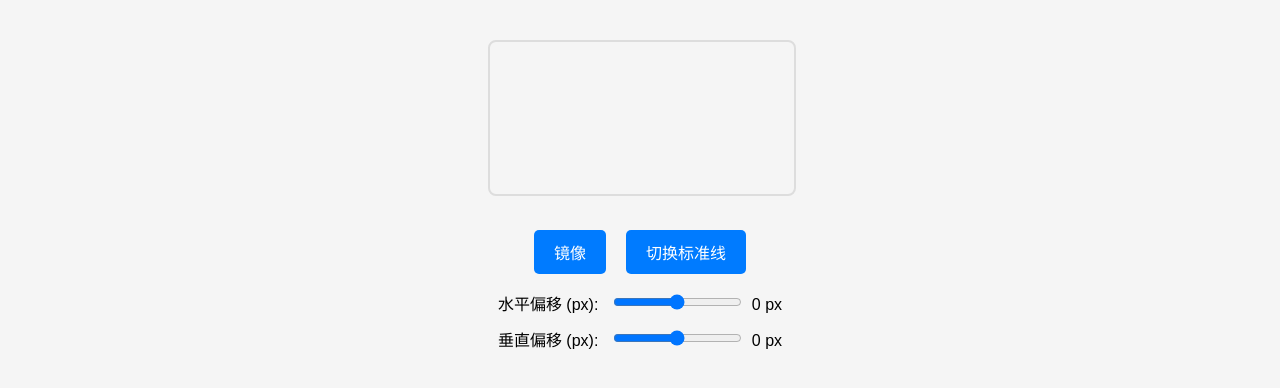
Repository: shasha333333/mirrorOnVue
Page: /
An editor plug-in stored every save of this project. The page is shown before and after the next save, followed by the edit.
The browser window is 1280 px wide. The pictures show the whole page.
The page's requests for data from a server got no answer. The project was rebuilt for these pictures with package versions that can differ from the ones it lists, and the page was loaded fresh each time. No one was signed in, and anything a server would have sent is missing. Also part of the build but not shown: vue.config.js.

Above is the page before, as saved 2024-11-18 21:50:20.

After the next save:
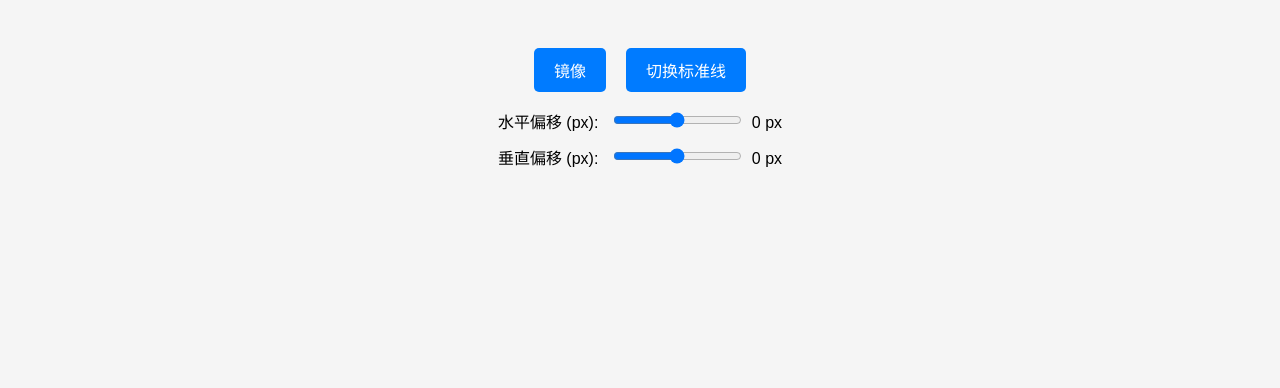
Saved 49 s later.
--- a/src/components/CameraApp.vue
+++ b/src/components/CameraApp.vue
@@ -1,13 +1,13 @@
 <template>
   <div class="camera-app" id="camera-app">
     <div class="camera-container">
-      <video
+      <!-- <video
         ref="video"
         :class="{ mirrored: isMirrored }"
         autoplay
         width="100%"
         height="auto"
-      ></video>
+      ></video> -->
       <!-- Canvas 用于绘制标准线 -->
       <canvas ref="canvas" class="overlay"></canvas>
     </div>

After the save that followed:
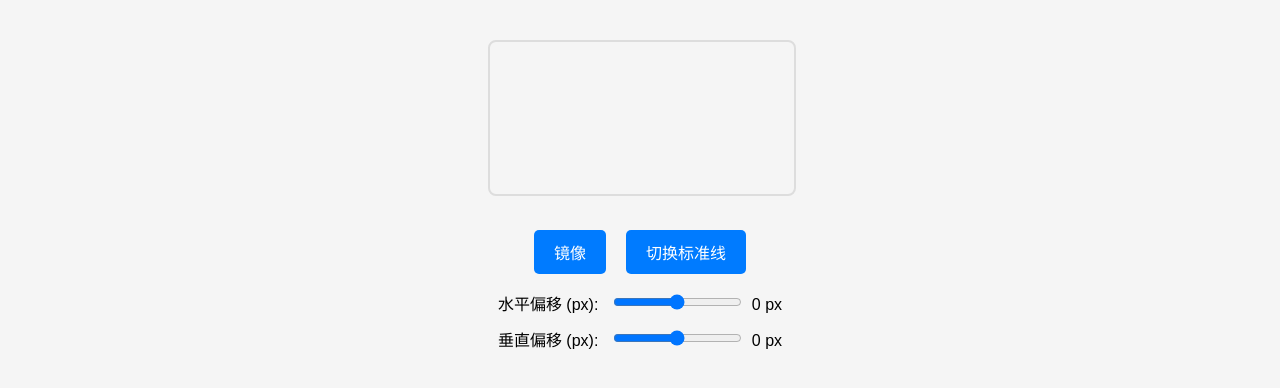
Saved 41 s later.
--- a/src/components/CameraApp.vue
+++ b/src/components/CameraApp.vue
@@ -1,13 +1,13 @@
 <template>
   <div class="camera-app" id="camera-app">
     <div class="camera-container">
-      <!-- <video
+      <video
         ref="video"
         :class="{ mirrored: isMirrored }"
         autoplay
         width="100%"
         height="auto"
-      ></video> -->
+      ></video>
       <!-- Canvas 用于绘制标准线 -->
       <canvas ref="canvas" class="overlay"></canvas>
     </div>
